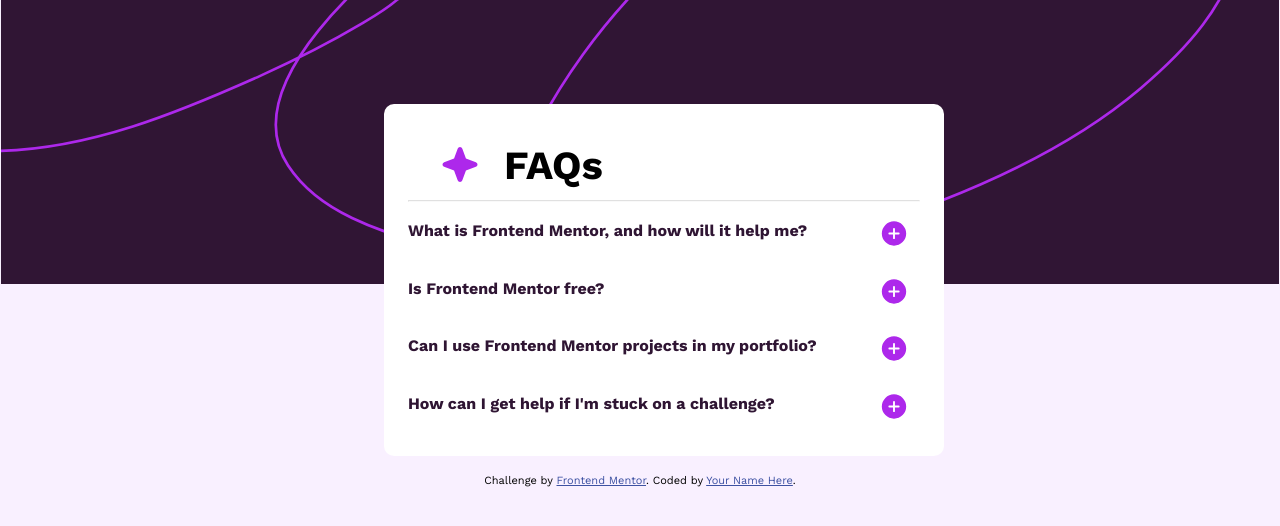
Repository: imokha01/accordion-main
Page: index.html
The author's editor kept a copy of each file at every save. The page is drawn from the files as they stood at one save, then again after the next save.
The browser window is 1280 px wide. The pictures show the whole page.

Above is the page before, as saved 2023-12-26 11:19:36.

### index.html
<!DOCTYPE html>
<html lang="en">
  <head>
    <meta charset="UTF-8" />
    <meta name="viewport" content="width=device-width, initial-scale=1.0" />
    <!-- displays site properly based on user's device -->
    <link rel="stylesheet" href="./index.css">
    <link
      rel="stylesheet"
      href="https://cdnjs.cloudflare.com/ajax/libs/font-awesome/6.5.1/css/all.min.css"
      integrity="sha512-DTOQO9RWCH3ppGqcWaEA1BIZOC6xxalwEsw9c2QQeAIftl+Vegovlnee1c9QX4TctnWMn13TZye+giMm8e2LwA=="
      crossorigin="anonymous"
      referrerpolicy="no-referrer"
    />
    <link
      rel="icon"
      type="image/png"
      sizes="32x32"
      href="./assets/images/favicon-32x32.png"
    />
    <link rel="preconnect" href="https://fonts.googleapis.com" />
    <link rel="preconnect" href="https://fonts.gstatic.com" crossorigin />
    <link
      href="https://fonts.googleapis.com/css2?family=Work+Sans:wght@400;600;700&display=swap"
      rel="stylesheet"
    />
    <title>Frontend Mentor | FAQ accordion</title>
    <!-- Feel free to remove these styles or customise in your own stylesheet 👍 -->
    <style>
      .attribution {
        font-size: 11px;
        text-align: center;
        margin-top: 1rem;
      }
      .attribution a {
        color: hsl(228, 45%, 44%);
      }
    </style>
  </head>
  <body>
    <div class="container">
      <div class="wrapper">
        <!-- first div content -->
        <main>
          <div id="header">
            <img src="./assets/images/icon-star.svg" alt="star-icon">
            <p id="headerpara">FAQs</p>
          </div>
          <hr>
          <div class="Div" id="div1">
            <div class="title">
              <p class="question">What is Frontend Mentor, and how will it help me?</p>
            </div>
            <div class="para">
              <p id="para1">
                Frontend Mentor offers realistic coding challenges to help developers
                improve their frontend coding skills with projects in HTML, CSS, and
                JavaScript. It's suitable for all levels and ideal for portfolio
                building.
              </p>
            </div>
          </div>
          <!-- second div content -->
          <div class="Div" id="div2">
            <div class="title">
              <p class="question">Is Frontend Mentor free?</p>
            </div>
            <div class="para">
              <p id="para2">
                Yes, Frontend Mentor offers both free and premium coding challenges,
                with the free option providing access to a range of projects suitable
                for all skill levels.
              </p>
            </div>
          </div>
          <!-- third div content -->
          <div class="Div" id="div3">
            <div class="title">
              <p class="question">Can I use Frontend Mentor projects in my portfolio?</p>
            </div>
            <div class="para">
              <p id="para3">
                Yes, you can use projects completed on Frontend Mentor in your
                portfolio. It's an excellent way to showcase your skills to potential
                employers!
              </p>
            </div>
          </div>
          <!-- fourth div content -->
          <div class="Div" id="div4">
            <div class="title">
              <p class="question">How can I get help if I'm stuck on a challenge?</p>
            </div>
            <div class="para">
              <p id="para4">
                The best place to get help is inside Frontend Mentor's Discord
                community. There's a help channel where you can ask questions and seek
                support from other community members.
              </p>
            </div>
          </div>
        </main>
        <!-- footer div -->
        <div class="attribution">
          Challenge by
          <a href="https://www.frontendmentor.io?ref=challenge" target="_blank"
            >Frontend Mentor</a
          >. Coded by <a href="#">Your Name Here</a>.
        </div>
      </div>
    </div>
    <script src="./index.js"></script>
  </body>
</html>

### index.css
:root {
    --White: hsl(0, 0%, 100%);
    --lightPink: hsl(275, 100%, 97%);
    --grayishPurple: hsl(292, 16%, 49%);
    --darkPurple:  hsl(292, 42%, 14%);
    --workSans: 'Work Sans', sans-serif;
}

* {
    margin: 0;
    padding:0;
    box-sizing: border-box;
}

body {
    font-size: 16px;
    font-family: var(--workSans);
    background-color: var(--lightPink);
    position: relative;
    line-height: 1.6;
}

.container  {
    background-image: url("./assets/images/background-pattern-desktop.svg");
    background-repeat: no-repeat;
    background-size: contain;
    display: flex;
    flex-direction: column;
    justify-content: center;
    align-items: center;
    overflow: hidden;
}

hr {
    background-color: var(--lightPink);
    margin-top: .7rem;
    opacity: 0.3;
}

.wrapper {
    width: 35rem;
    padding: 1.5rem;
    left: 30rem;
    border-radius: 10px;
    transition: height 0.5s ease-in 1ms;
}

main  {
    background-color: #fff;
    border-radius: 10px;
    padding: inherit;
    width: inherit;
    overflow: hidden;
    margin-top: 5rem;
    transition: height 0.5s ease-in 1ms;
    overflow: hidden;
}

#headerpara {
    font-size: 2.5rem;
    font-weight: 700;
    margin : -.6rem 1.5rem;

}

#header > img{
    padding-left: 2rem;
}

div#header {
    display: flex;
    flex-direction: row;
    justify-content: flex-start;
    align-items: flex-start;
    width: 10rem;
    margin-top: 1rem;
}

.Div {
    display: flex;
    flex-direction: column;
    justify-content: flex-start ;
    padding: 1rem 0;
    height: fit-content;
    transition: height 0.5s ease-in;

}

.title {
    display: flex;;
    justify-content: space-between;
}

.Div div  img {
    cursor: pointer;
}

.title p {
    font-weight: 700;
    color: var(--darkPurple);
    cursor: pointer;
    /* width: 21.875rem; */
}

.para {
    color: var(--grayishPurple);
    margin-top: 1.2rem;
    transition: height 0.5s ease-in 1s;
    overflow: hidden;
    display: none;
    font-size: .9rem;
}

.title{
    position: relative;
    width: 90%;

}
.title::after{
    content:  url(./assets/images/icon-plus.svg);
    position: absolute;
    right: -40px;
}

.active::after{
    content: url(./assets/images/icon-minus.svg);
    right: -40px;

}

.active, .question:hover {
    content: "";
}

@media (max-width: 768px){
    .wrapper {
        width: 26rem;
    }

    /* .title  p{
        width: 14rem;
    } */

    .title {
        border: 2px solid red;
        width: 14rem;
    }

    .title::after,
    .active::after {
        right: -7.8125rem;
    }

    .para {
        font-size: 1rem;
        width: 94%
    }
}

### index.js
// const answer = document.getElementsByClassName("para");
const question = document.getElementsByClassName("title");

for (let i = 0; i < question.length; i++ ) {
    question[i].addEventListener("click", function(){
        this.classList.toggle("active");
        let active = this.addEventListener.nextElementSibling;
        let para = this.nextElementSibling;
        if(para.style.display === "block"){
            para.style.display = "none";
        } else {
            para.style.display = "block";
        }
    });
}





// var acc = document.getElementsByClassName("accordion");
// var i;

// for (i = 0; i < acc.length; i++) {
//   acc[i].addEventListener("click", function() {
//     /* Toggle between adding and removing the "active" class,
//     to highlight the button that controls the panel */
//     this.classList.toggle("active");

//     /* Toggle between hiding and showing the active panel */
//     var panel = this.nextElementSibling;
//     if (panel.style.display === "block") {
//       panel.style.display = "none";
//     } else {
//       panel.style.display = "block";
//     }
//   });
// }

After the next save:
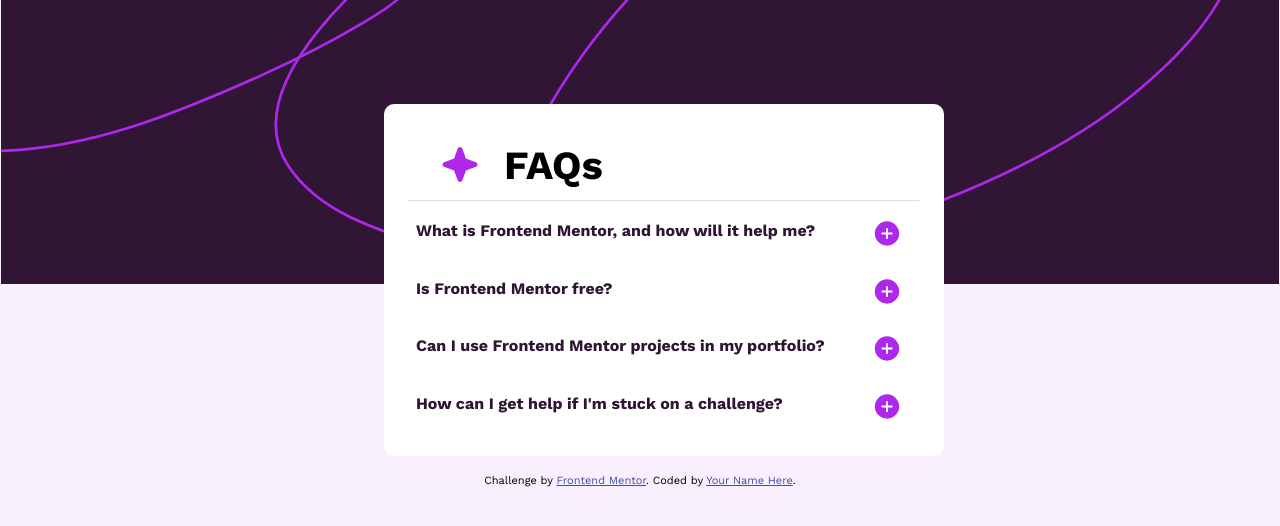
Saved 28 s later.
--- a/index.css
+++ b/index.css
@@ -80,7 +80,7 @@
     display: flex;
     flex-direction: column;
     justify-content: flex-start ;
-    padding: 1rem 0;
+    padding: 1rem .5rem;
     height: fit-content;
     transition: height 0.5s ease-in;
 
